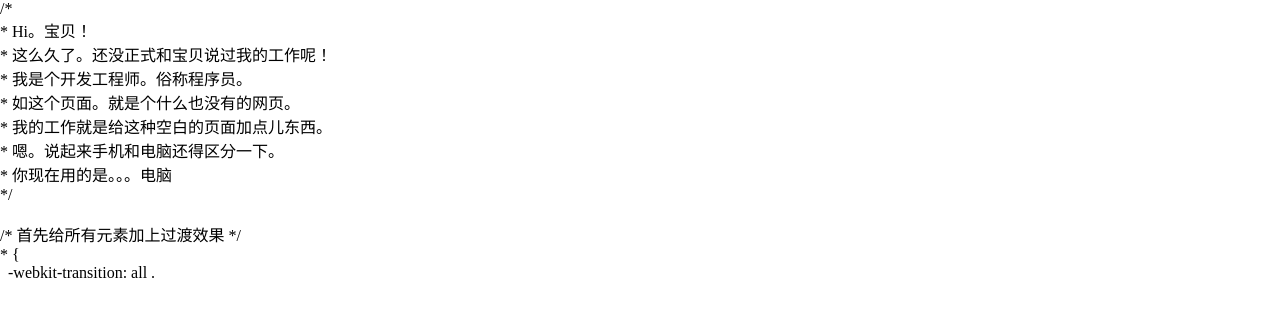
Repository: zhangjie07007/love
Page: / (app in app/)
The author's editor kept a copy of each file at every save. The page is drawn from the files as they stood at one save, then again after the next save.
The browser window is 1280 px wide. The pictures show the whole page.
The project was rebuilt for these pictures with package versions that can differ from the ones it lists, and the page was loaded fresh each time.

Above is the page before, as saved 2023-02-15 12:34:31.

### app/index.html
<!DOCTYPE html>
<html>

<head>
    <meta content="width=device-width, initial-scale=1.0, minimum-scale=1.0, maximum-scale=1.0, user-scalable=no" name="viewport" />
    <meta name="format-detection" content="telephone=no" />
    <meta content="email=no" name="format-detection" />
    <meta name="apple-touch-fullscreen" content="yes" />
    <meta name="apple-mobile-web-app-capable" content="yes" />
    <meta name="apple-mobile-web-app-status-bar-style" content="black" />
    <meta http-equiv="Content-Type" content="text/html; charset=utf-8" />
    <title>Hi。宝贝！</title>
    <link rel="icon" href="https://wx2.sinaimg.cn/mw690/4d227521ly1fcoq8d7jpzj200g00g743.jpg">
</head>

<body>
    <div id="app"></div>
    <!-- built files will be auto injected -->
</body>

</html>

### app/src/App.vue
<template>
    <div id="app">
        <StyleEditor ref="styleEditor" :code="currentStyle"></StyleEditor>
        <ResumeEditor ref="resumeEditor" :markdown="currentMarkdown" :enableHtml="enableHtml"></ResumeEditor>
    </div>
</template>
<script>
import StyleEditor from './components/StyleEditor'
import ResumeEditor from './components/ResumeEditor'
import './assets/reset.css'
let isPc = (function() {
    var userAgentInfo = navigator.userAgent;
    var Agents = ["Android", "iPhone",
        "SymbianOS", "Windows Phone",
        "iPad", "iPod"
    ];
    var flag = true;
    for (var v = 0; v < Agents.length; v++) {
        if (userAgentInfo.indexOf(Agents[v]) > 0) {
            flag = false;
            break;
        }
    }
    return flag;
}());
let getDateDiff = function(startDate, endDate) {
    var startTime = new Date(Date.parse(startDate.replace(/-/g, "/"))).getTime();
    var endTime = new Date(Date.parse(endDate.replace(/-/g, "/"))).getTime();
    var dates = Math.abs((startTime - endTime)) / (1000 * 60 * 60 * 24);
    return dates;
}
document.title += getDateDiff((new Date()).getFullYear() + '-' + ((new Date()).getMonth() + 1) + '-' + (new Date()).getDate(), '2019-09-15') + 1 + '天';
export default {
    name: 'app',
    components: {
        StyleEditor,
        ResumeEditor
    },
    data() {
        return {
            interval: 27,
            currentStyle: '',
            enableHtml: false,
            fullStyle: [
                `/*
* Hi。宝贝！
* 这么久了。还没正式和宝贝说过我的工作呢！
* 我是个开发工程师。俗称程序员。
* 如这个页面。就是个什么也没有的网页。
* 我的工作就是给这种空白的页面加点儿东西。
* 嗯。说起来手机和电脑还得区分一下。
* 你现在用的是。。。${isPc ? '电脑' : '手机'}
*/

/* 首先给所有元素加上过渡效果 */
* {
  -webkit-transition: all .3s;
  transition: all .3s;
}
/* 白色背景太单调了。来点背景 */
html {
  color: rgb(222,222,222);
  background: rgb(0,43,54);
}
/* 文字太近了 */
.styleEditor {
  padding: .5em;
  border: 1px solid;
  margin: .5em;
  overflow: auto;
  ${ isPc ? 'width: 48%;height: 96%;' : 'width: 96%;height: 50%;' }
  font-size: 14px;
  line-height:1.5;
}
/* 这些代码颜色都一样。加点儿高亮区别来 */
.token.selector{ color: rgb(133,153,0) }
.token.property{ color: rgb(187,137,0) }
.token.punctuation{ color: yellow }
.token.function{ color: rgb(42,161,152) }
.token.comment{ color: rgb(177,177,177) }
/* 加个 3D 效果 */
html{
  -webkit-perspective: 1000px;
          perspective: 1000px;
}
.styleEditor {
  position: fixed;
  ${ isPc ? 'left: 0;' : 'left:0;right:0;margin:auto;'}
  top: 0;
  -webkit-transition: none;
  transition: none;
  ${ isPc ? '-webkit-transform: rotateY(10deg) translateZ(-100px) ;transform: rotateY(10deg) translateZ(-100px) ;' : '-webkit-transform: rotateX(-10deg) translateZ(-100px) ;transform: rotateX(-10deg) translateZ(-100px) ;' }
  ${ isPc ? '' : '-webkit-transform-origin: 50% 0% 0;transform-origin: 50% 0% 0;' }
}

/* 再来一张信纸 */
.resumeEditor{
  position: fixed;
  ${ isPc ? 'right: 0;' : 'left:0;right:0;margin:auto;'}
  ${ isPc ? 'top: 0;' : 'bottom:2%;'}
  padding: .5em;
  ${ isPc ? 'margin: .5em;' : ''}
  ${ isPc ? 'width: 48%;height: 96%;' : 'width: 96%;height: 50%;' }
  border: 1px solid;
  color: #222;
  overflow: auto;
  font-size: 14px;
  line-height:1.5;
  ${ isPc ? '-webkit-transform: rotateY(-10deg) translateZ(-100px) ;transform: rotateY(-10deg) translateZ(-100px) ;' : '-webkit-transform: rotateX(10deg) translateZ(-100px) ;transform: rotateX(10deg) translateZ(-100px) ;' }
    ${ isPc ? '' : '-webkit-transform-origin: 50% 0% 0;transform-origin: 50% 0% 0;' }
  }
/* 我开始写了 */


`,
                `
/* 是不是看着很简陋粗糙？
 * 因为这是 Markdown 格式的
 * 一种程序员用来写文档日志的简易语言
 * 翻译成 网页 就行了
 */
`,
                `
/* 再加点样式 */
.resumeEditor{
  padding: 2em;
  line-height:1.8;
}
.resumeEditor h2{
  display: inline-block;
  border-bottom: 1px solid;
  margin: 1em 0 .5em;
  font-size:18px;
}
.resumeEditor ul,.resumeEditor ol{
  list-style: none;
}
.resumeEditor ul> li::before{
  content: '•';
  margin-right: .5em;
}
.resumeEditor ol {
  counter-reset: section;
}
.resumeEditor ol li::before {
  counter-increment: section;
  content: counters(section, ".") " ";
  margin-right: .5em;
}
.resumeEditor blockquote {
  margin: 1em;
  padding: .5em;
  background: rgba(221,221,221,.5);
}

/* OK。完成！ */

`
            ],
            currentMarkdown: '',
            fullMarkdown: `林煜 × 沁璇
----

2019年08月05日。初初见面。两人齐齐心动。
2019年09月15日。即中秋节阴历八月十五。在一起。
已有 \`${getDateDiff((new Date()).getFullYear()+'-'+((new Date()).getMonth()+1)+'-'+(new Date()).getDate(),'2018-09-15') + 1}\` 天

一起呲过的餐厅
----

* 昂吉拉姆西藏餐厅
* 漫族餐厅
* 鑫海汇海鲜烧烤
* 老长沙罐子楼
* 锅大侠火锅
* 西湖春天
* 天意
* 曼玉
* 王婆爱上虾
* 十里洋场
* 城墙根
* 爱芳爱德
* 阳光小店
* 夜小红虾尾
* 57°湘
* 名厨味道
* 老成都串串
* 菜捕头
* 知味观
* 花港海航度假酒店
* 冰城烧烤
* ……

一起看过的电影
----

1. 七月与安生
2. 从你的全世界路过
3. 驴得水
4. 深海浩劫
5. 湄公河行动
6. 你的名字。
7. 速度与激情8
8. 战狼2
9. 敦刻尔克
10. 正义联盟
11. 流浪地球
12. ……
13. 黑豹2
14. 可不可以不要离开我
15. 阿凡达之水之道
16. 熊出没之伴我熊心
17. 满江红
18. 流浪地球2
19. 无名
20. ……

一起玩过的地方
----

* 登封少林寺
* 洛阳
* 大理
* 圣王坪
* 大临淇
* 皇城相府
* 杭州西湖
* ……

一起玩过的游戏
----

1. 炉石传说
2. 塞尔达传说-荒野之息
3. 魂斗罗归来
4. 马里奥奥德赛
5. 欢乐麻将
6. 王者荣耀
7. QQ 飞车
8. overcooked
9. ……

> 【No one but you × I have my dear Qinxuan】
> 喂。我不只想影响你的习惯。我还要去改变你的人生。！

`
        }
    },
    created() {
        this.makeResume()
    },

    methods: {
        makeResume: async function() {
            await this.progressivelyShowStyle(0)
            await this.progressivelyShowResume()
            await this.progressivelyShowStyle(1)
            await this.showHtml()
            await this.progressivelyShowStyle(2)
        },
        showHtml: function() {
            return new Promise((resolve, reject) => {
                this.enableHtml = true
                resolve()
            })
        },
        progressivelyShowStyle(n) {
            return new Promise((resolve, reject) => {
                let interval = this.interval
                let showStyle = (async function() {
                    let style = this.fullStyle[n]
                    if (!style) {
                        return
                    }
                    // 计算前 n 个 style 的字符总数
                    let length = this.fullStyle.filter((_, index) => index <= n).map((item) => item.length).reduce((p, c) => p + c, 0)
                    let prefixLength = length - style.length
                    if (this.currentStyle.length < length) {
                        let l = this.currentStyle.length - prefixLength
                        let char = style.substring(l, l + 1) || ' '
                        this.currentStyle += char
                        if (style.substring(l - 1, l) === '\n' && this.$refs.styleEditor) {
                            this.$nextTick(() => {
                                this.$refs.styleEditor.goBottom()
                            })
                        }
                        setTimeout(showStyle, interval)
                    } else {
                        resolve()
                    }
                }).bind(this)
                showStyle()
            })
        },
        progressivelyShowResume() {
            return new Promise((resolve, reject) => {
                let length = this.fullMarkdown.length
                let interval = this.interval
                let showResume = () => {
                    if (this.currentMarkdown.length < length) {
                        this.currentMarkdown = this.fullMarkdown.substring(0, this.currentMarkdown.length + 1)
                        let lastChar = this.currentMarkdown[this.currentMarkdown.length - 1]
                        let prevChar = this.currentMarkdown[this.currentMarkdown.length - 2]
                        if (prevChar === '\n' && this.$refs.resumeEditor) {
                            this.$nextTick(() => this.$refs.resumeEditor.goBottom())
                        }
                        setTimeout(showResume, interval)
                    } else {
                        resolve()
                    }
                }
                showResume()
            })
        }
    }
}
</script>
<style scoped>
#app {
    font-family: 'Avenir', Helvetica, Arial, sans-serif;
    -webkit-font-smoothing: antialiased;
    -moz-osx-font-smoothing: grayscale;
}

html {
    min-height: 100%;
}
.styleEditor {
    -webkit-backface-visibility: hidden;
}
</style>

### app/src/components/ResumeEditor.vue
<template>
  <div class="resumeEditor" :class="{htmlMode:enableHtml}" ref="container">
    <div v-if="enableHtml" v-html="result"></div>
    <pre v-else>{{result}}</pre>
  </div>
</template>

<script>
  import marked from 'marked'
  export default {
    props: ['markdown', 'enableHtml'],
    name: 'ResumeEditor',
    computed: {
      result: function () {
        return this.enableHtml ? marked(this.markdown) : this.markdown
      }
    },
    methods: {
      goBottom: function () {
        this.$refs.container.scrollTop = 100000
      }
    }
  }

</script>

<style scoped>
  .htmlMode {
    animation: flip 2s;
  }

  @keyframes flip {
    from {
      opacity: 0;
    }
    to {
      opacity: 1;
    }
  }
</style>

### app/src/assets/reset.css
*{margin: 0; padding: 0;font-family:microsoft yahei;}
*{box-sizing: border-box;}
*::before{box-sizing: border-box;}
*::after{box-sizing: border-box;}
html,body,#app{
  display: block;
  height:100%;
}
.resumeEditor {
    background: url("~assets/timg.jpg") #fff no-repeat center bottom / auto auto;
}
/**
 * webkit-scroll
 * 2016-04-01 11:29:56
 * by：nostar
 */
::-webkit-scrollbar {
  width: 10px;
  height: 10px;
}
::-webkit-scrollbar-button {
  width: 0;
  height: 0;
}
::-webkit-scrollbar-button:start:increment,
::-webkit-scrollbar-button:end:decrement {
  display: none;
}
::-webkit-scrollbar-corner {
  display: block;
}
::-webkit-scrollbar-thumb {
  -webkit-border-radius: 8px;
  border-radius: 8px;
  background-color: rgba(0, 0, 0, 0.2);
}
::-webkit-scrollbar-thumb:hover {
  -webkit-border-radius: 8px;
  border-radius: 8px;
  background-color: rgba(0, 0, 0, 0.5);
}
::-webkit-scrollbar-track,
::-webkit-scrollbar-thumb {
  border-right: 1px solid transparent;
  border-left: 1px solid transparent;
}
::-webkit-scrollbar-track:hover {
  background-color: rgba(0, 0, 0, 0.15);
}
::-webkit-scrollbar-button:start {
  width: 10px;
  height: 10px;
  background: url("../../static/scrollbar_arrow.png") no-repeat 0 0;
}
::-webkit-scrollbar-button:start:hover {
  background: url("../../static/scrollbar_arrow.png") no-repeat -15px 0;
}
::-webkit-scrollbar-button:start:active {
  background: url("../../static/scrollbar_arrow.png") no-repeat -30px 0;
}
::-webkit-scrollbar-button:end {
  width: 10px;
  height: 10px;
  background: url("../../static/scrollbar_arrow.png") no-repeat 0 -18px;
}
::-webkit-scrollbar-button:end:hover {
  background: url("../../static/scrollbar_arrow.png") no-repeat -15px -18px;
}
::-webkit-scrollbar-button:end:active {
  background: url("../../static/scrollbar_arrow.png") no-repeat -30px -18px;
}

Loaded but not shown: app/src/main.js (common file); app/src/components/StyleEditor.vue (common file)

After the next save:
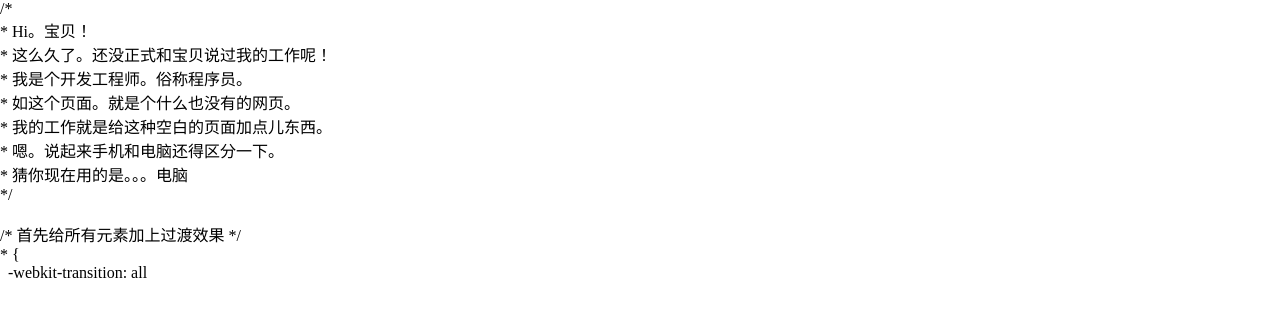
Saved 116 s later.
--- a/app/src/App.vue
+++ b/app/src/App.vue
@@ -49,7 +49,7 @@ export default {
 * 如这个页面。就是个什么也没有的网页。
 * 我的工作就是给这种空白的页面加点儿东西。
 * 嗯。说起来手机和电脑还得区分一下。
-* 你现在用的是。。。${isPc ? '电脑' : '手机'}
+* 猜你现在用的是。。。${isPc ? '电脑' : '手机'}
 */
 
 /* 首先给所有元素加上过渡效果 */
